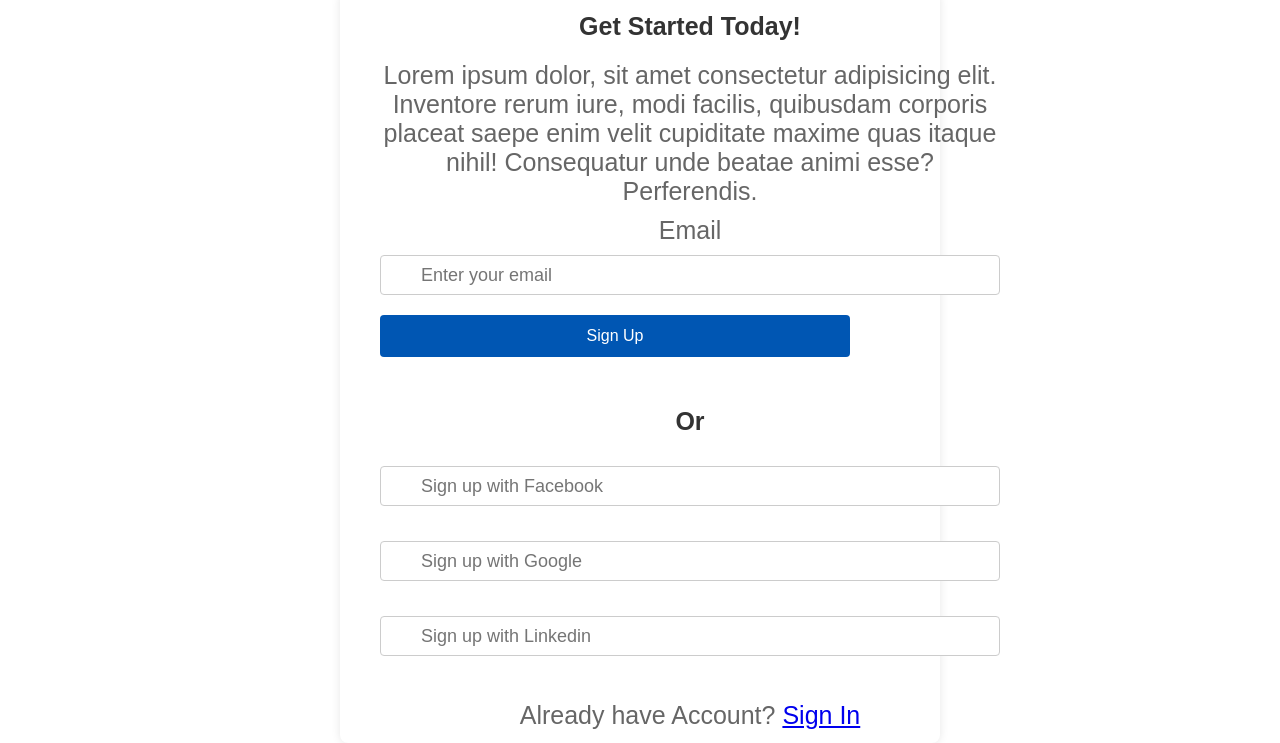
Repository: Femi007-gh/LOGIN-INTERFACE
Page: index.html
An editor plug-in stored every save of this project. The page is shown before and after the next save, followed by the edit.
The browser window is 1280 px wide. The pictures show the whole page.

Above is the page before, as saved 2025-01-21 13:12:51.

### index.html
<html>
  <head>
    <title></title>
    <link rel="stylesheet" href="style.css">
  </head>
  <body>
    <div class="container">
      <div class="left-session">
        <div class="form-container">
          <h1>Get Started Today!</h1>
          <p>Lorem ipsum dolor, sit amet consectetur adipisicing elit. Inventore rerum iure, modi facilis, quibusdam corporis placeat saepe enim velit cupiditate maxime quas itaque nihil! Consequatur unde beatae animi esse? Perferendis.</p>
          <form>
            <div class="inter-group">
              <p>Email</p>
              <input type="email" id="email" placeholder="Enter your email" class="email">
            </div>
           <button class="primary-btn" type="submit">
              Sign Up
            </button>
            </form>
            <p class="divider">Or</p>
            <div class="social-buttons">
              <input type="email"placeholder="Sign up with Facebook" class="small">
              <input type="email" placeholder="Sign up with Google" class="sign">
              <input type="email" placeholder="Sign up with Linkedin" class="sign">
              <p class="pet">Already have Account? <a href="#">Sign In</a>

      </div>
      <div class="right-section"></div>
    </div>
  </body>
</html>

### style.css
body {
  font-family: Arial, sans-serif;
  display: flex;
  justify-content: center;
  align-items: center;
  height: 100vh;
}

.container {
  display: flex;
  width: 600px;
  height: 750px;
  background-color: white;
  border-radius: 8px;
  box-shadow: 0 0 10px rgba(0, 0, 0, 0.1);
}

.left-session {
  flex: 1;
  padding: 40px;
  display: flex;
  flex-direction: column;
  justify-content: center;
}

.form-container {
  text-align: center;
}

h1 {
  font-size: 28px;
  margin-bottom: 20px;
  color: #333;
}

p {
  margin: 10px 0;
  color: #666;
}



.input-wrapper {
  position: relative;
}

input[type="email"], input[type="text"] {
  width: 620px;
  height: 40px;
  border: 1px solid #ccc;
  border-radius: 4px;
  margin-bottom: 20px;
  padding-left: 40px;
  font-size: 18px;
}


.primary-btn {
  background-color: #0056b3;
  color: white;
  border: none;
  padding: 12px 20px;
  border-radius: 4px;
  cursor: pointer;
  font-size: 16px;
  width: 470px;
  display: flex;
  align-items: center;
  justify-content: center;
  transition: background-color 0.3s ease;
  margin-bottom: 50px;
  margin-left:
}

.primary-btn:hover {
  background-color: #004494;
}

.divider {
  text-align: center;
  font-weight: bold;
  margin: 20px 0;
  color: #333;
  margin-bottom: 30px;
}


input[type="small"], input[type="text"] {
  width: 620px;
  height: 100px;
  border: 1px solid grey;
  border-radius: 4px;
  margin-bottom: 20px;
  padding-left: 40px;
  font-size: 18px;
  margin-bottom: 100px;
}

.social-buttons {
  display: flex;
  flex-direction: column;
  gap: 15px;
}

.social-buttons .input-wrapper {
  background-color: transparent;
}

.center-text {
  text-align: center;
  margin-top: 20px;
  color: #333;
}

.center-text a {
  color: #0056b3;
  text-decoration: none;
  font-weight: bold;
}

.center-text a:hover {
  text-decoration: underline;
}

.pet, p, h1 {
  font-size: 25px;
}

After the next save:
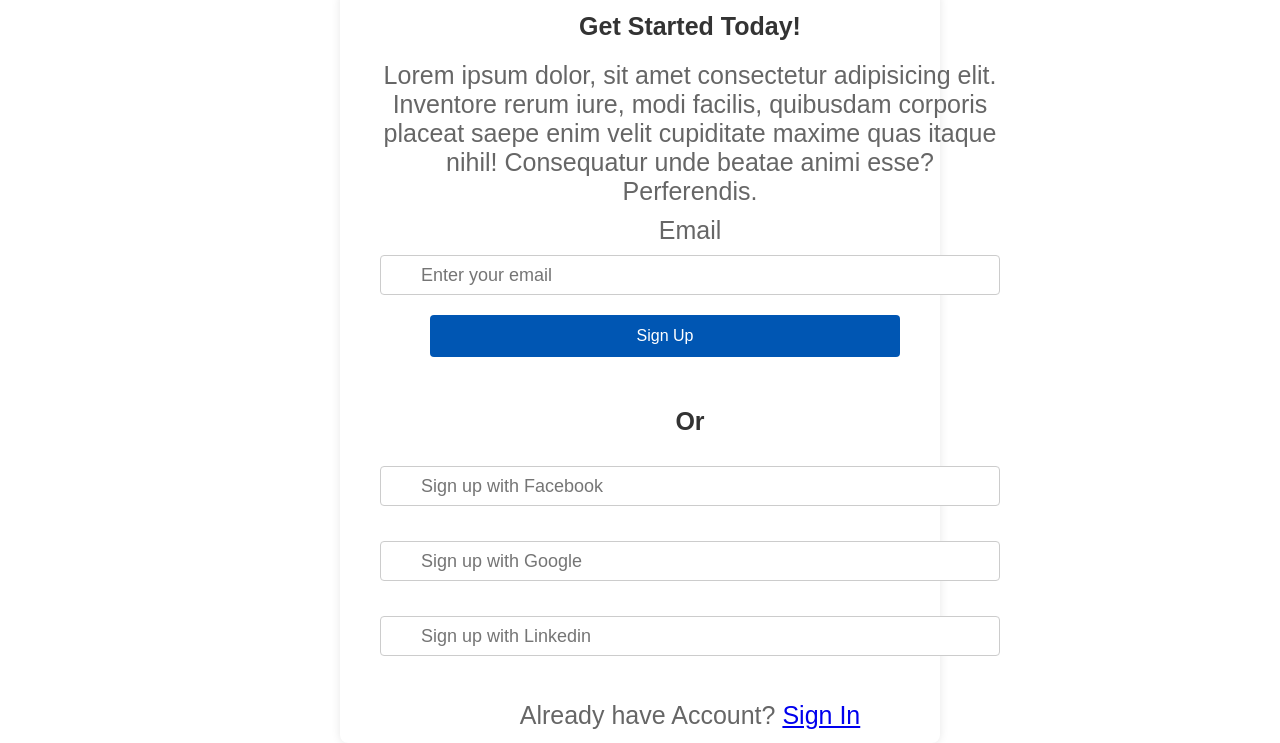
Saved 7 s later.
--- a/style.css
+++ b/style.css
@@ -69,7 +69,7 @@ input[type="email"], input[type="text"] {
   justify-content: center;
   transition: background-color 0.3s ease;
   margin-bottom: 50px;
-  margin-left:
+  margin-left: 50px;
 }
 
 .primary-btn:hover {
